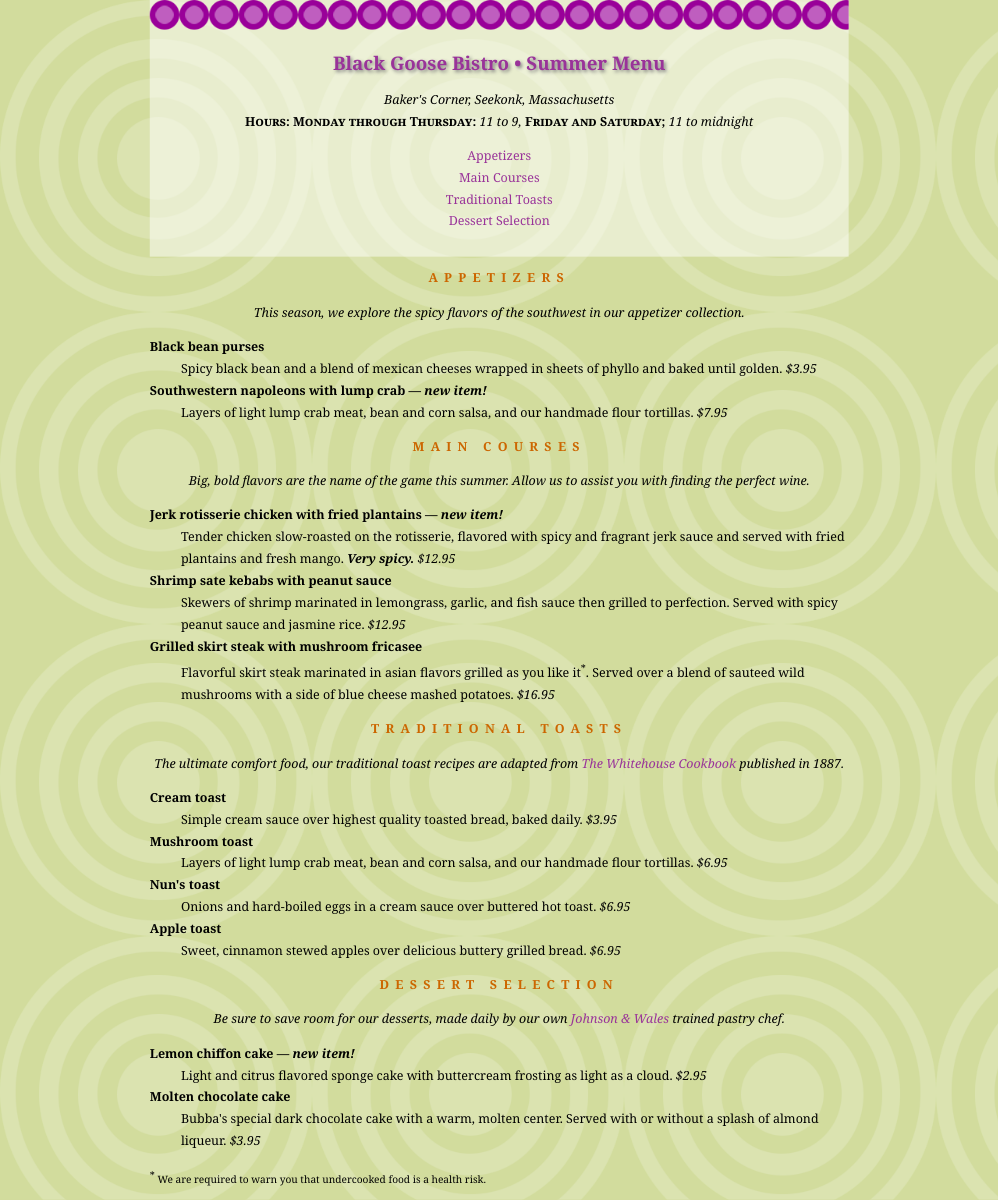
Repository: Lithium87/WebDesign
Page: Bistro/bistro.html
These files come from the project's save history. The page is drawn as it stood at one moment and after the next save; the edit follows.
The browser window is 1280 px wide. The pictures show the whole page, at 78% of full size.
Some web fonts or font styles are not loaded; a fallback is used.

Above is the page before, as saved 2020-04-14 13:36:38.

### Bistro/bistro.html
<!DOCTYPE html >
<html>

<head>
    <meta charset="utf-8">
    <title>Black Goose Bistro Summer Menu</title>
    <link href='http://fonts.googleapis.com/css?family=Marko+One' rel='stylesheet' type='text/css'>
    <style>
        body {
            font-family: Georgia, serif;
            font-size: 100%;
            line-height: 175%;
            margin: 0 15% 0;
            background-color: #d2dc9d;
            background-image: url(images/bullseye.png);
        }

        #header {
            margin-top: 0;
            padding: 3em 1em 2em 1em;
            text-align: center;
            background-color: rgba(255, 255, 255, 0.5);
            background-image: url(images/purpledot.png);
            background-repeat: repeat-x;
        }

        a {
            text-decoration: none;
            color: #993399;
        }

        a:visited {
            color: #937393;
        }

        a:hover {
            color: #c700f2;
            background-color: #fff;
        }

        a:active {
            color: #ff00ff;
        }

        h1 {
            font: bold 1.5em Georgia, serif;
            text-shadow: .1em .1em .2em gray;
            color: #993399;
        }

        h2 {
            font-size: 1em;
            text-transform: uppercase;
            letter-spacing: .5em;
            text-align: center;
            color: #cc6600;
        }

        dt {
            font-weight: bold;
        }

        strong {
            font-style: italic;
        }

        ul {
            list-style-type: none;
            margin: 0;
            padding: 0;
        }

        #info p {
            font-style: italic;
        }

        .price {
            font-family: Georgia, serif;
            font-style: italic;
        }

        p.warning,
        sup {
            font-size: small;
        }

        .label {
            font-weight: bold;
            font-variant: small-caps;
            font-style: normal;
        }

        h2+p {
            text-align: center;
            font-style: italic;
        }
    </style>
</head>

<body>

    <div id="header">
        <h1>Black Goose Bistro &bull; Summer Menu</h1>

        <div id="info">
            <p>Baker's Corner, Seekonk, Massachusetts<br>
                <span class="label">Hours: Monday through Thursday:</span> 11 to 9, <span class="label">Friday and Saturday;</span> 11 to midnight</p>
            <ul>
                <li><a href="#appetizers">Appetizers</a></li>
                <li><a href="#entrees">Main Courses</a></li>
                <li><a href="#toast">Traditional Toasts</a></li>
                <li><a href="#dessert">Dessert Selection</a></li>
            </ul>
        </div>
    </div>

    <div id="appetizers">
        <h2>Appetizers</h2>
        <p>This season, we explore the spicy flavors of the southwest in our appetizer collection.</p>

        <dl>
            <dt>Black bean purses</dt>
            <dd>Spicy black bean and a blend of mexican cheeses wrapped in sheets of phyllo and baked until golden. <span class="price">$3.95</span></dd>

            <dt class="newitem">Southwestern napoleons with lump crab &mdash; <strong>new item!</strong></dt>
            <dd>Layers of light lump crab meat, bean and corn salsa, and our handmade flour tortillas. <span class="price">$7.95</span></dd>
        </dl>
    </div>

    <div id="entrees">

        <h2>Main courses</h2>
        <p>Big, bold flavors are the name of the game this summer. Allow us to assist you with finding the perfect wine.</p>


        <dl>

            <dt class="newitem">Jerk rotisserie chicken with fried plantains &mdash; <strong>new item!</strong></dt>
            <dd>Tender chicken slow-roasted on the rotisserie, flavored with spicy and fragrant jerk sauce and served with fried plantains and fresh mango. <strong>Very spicy.</strong> <span class="price">$12.95</span></dd>

            <dt>Shrimp sate kebabs with peanut sauce</dt>
            <dd>Skewers of shrimp marinated in lemongrass, garlic, and fish sauce then grilled to perfection. Served with spicy peanut sauce and jasmine rice. <span class="price">$12.95</span></dd>

            <dt>Grilled skirt steak with mushroom fricasee</dt>
            <dd>Flavorful skirt steak marinated in asian flavors grilled as you like it<sup>*</sup>. Served over a blend of sauteed wild mushrooms with a side of blue cheese mashed potatoes. <span class="price">$16.95</span></dd>
        </dl>

    </div>

    <div id="toast">
        <h2>Traditional Toasts</h2>
        <p>The ultimate comfort food, our traditional toast recipes are adapted from <a href="http://www.gutenberg.org/files/13923/13923-h/13923-h.htm"><cite>The Whitehouse Cookbook</cite></a> published in 1887.</p>

        <dl>
            <dt>Cream toast</dt>
            <dd>Simple cream sauce over highest quality toasted bread, baked daily. <span class="price">$3.95</span></dd>

            <dt>Mushroom toast</dt>
            <dd>Layers of light lump crab meat, bean and corn salsa, and our handmade flour tortillas. <span class="price">$6.95</span></dd>

            <dt>Nun's toast</dt>
            <dd>Onions and hard-boiled eggs in a cream sauce over buttered hot toast. <span class="price">$6.95</span></dd>

            <dt>Apple toast</dt>
            <dd>Sweet, cinnamon stewed apples over delicious buttery grilled bread. <span class="price">$6.95</span></dd>
        </dl>
    </div>

    <div id="dessert">
        <h2>Dessert Selection</h2>
        <p>Be sure to save room for our desserts, made daily by our own <a href="http://www.jwu.edu/college.aspx?id=19510">Johnson & Wales</a> trained pastry chef.</p>

        <dl>
            <dt class="newitem">Lemon chiffon cake &mdash; <strong>new item!</strong></dt>
            <dd>Light and citrus flavored sponge cake with buttercream frosting as light as a cloud. <span class="price">$2.95</span></dd>

            <dt class="newitem">Molten chocolate cake</dt>
            <dd>Bubba's special dark chocolate cake with a warm, molten center. Served with or without a splash of almond liqueur. <span class="price">$3.95</span></dd>
        </dl>
    </div>

    <p class="warning"><sup>*</sup> We are required to warn you that undercooked food is a health risk.</p>

</body>

</html>

After the next save:
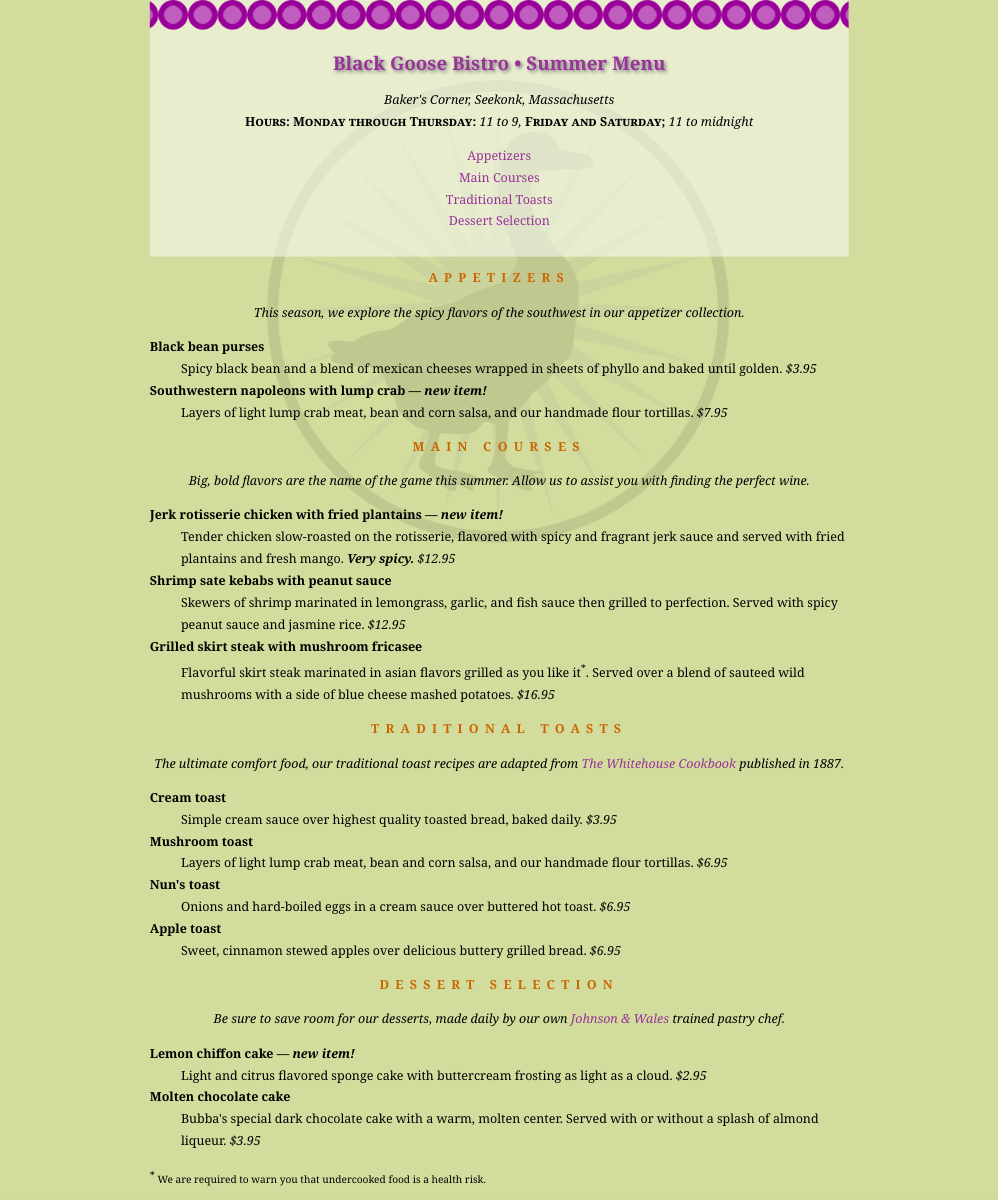
Saved 48 min 22 s later.
--- a/Bistro/bistro.html
+++ b/Bistro/bistro.html
@@ -12,7 +12,9 @@
             line-height: 175%;
             margin: 0 15% 0;
             background-color: #d2dc9d;
-            background-image: url(images/bullseye.png);
+            background-image: url(images/blackgoose.png);
+            background-repeat: no-repeat;
+            background-position: center 100px;
         }
 
         #header {
@@ -22,6 +24,7 @@
             background-color: rgba(255, 255, 255, 0.5);
             background-image: url(images/purpledot.png);
             background-repeat: repeat-x;
+            background-position: center top;
         }
 
         a {
